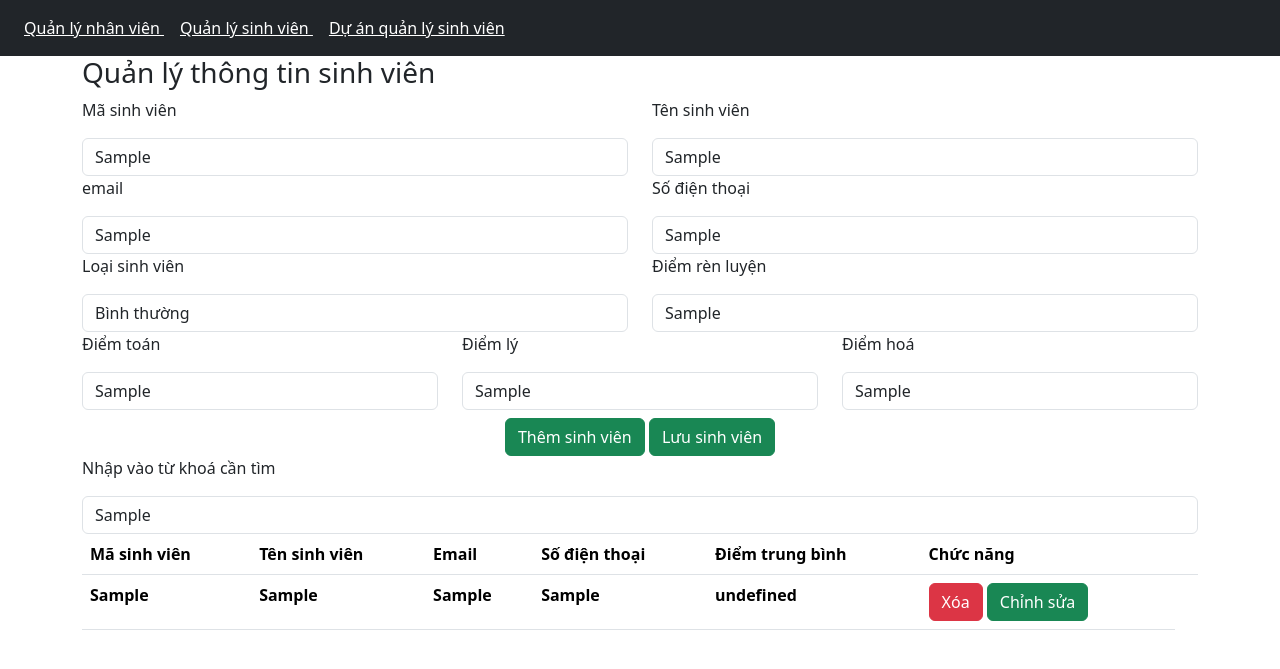
Repository: KhoiNguyen77/JS-Buoi-9--10
Page: duan_qlsv.html
The author's editor kept a copy of each file at every save. The page is drawn from the files as they stood at one save, then again after a run of saves.
The browser window is 1280 px wide. The pictures show the whole page.
Empty fields were first filled with sample values (such as "Sample", 5 or name@example.com).
After loading, the first visible `#frmSinhVien` was submitted once.

Above is the page before, as saved 2023-03-28 14:16:52.

After the next 2 saves:
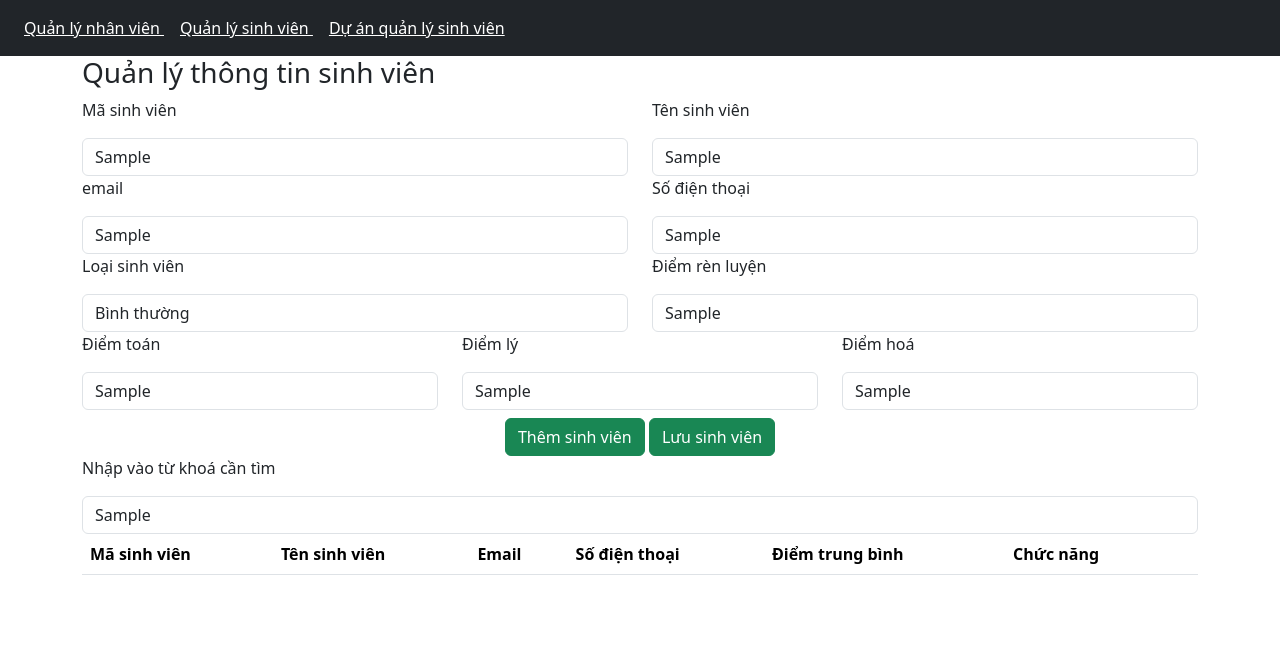
Console error: TypeError: newSinhVien.diemTrungBinh is not a function
The 2 saves are shown as one change because they came seconds apart.
The last was saved 2 min 21 s later.
--- a/controllers/duan_qlsv.js
+++ b/controllers/duan_qlsv.js
@@ -26,8 +26,7 @@
   let newSinhVien = new SinhVien();
   let stringHTML = "";
   array.forEach((sv) => {
-    Object.assign(newSinhVien,sv)
-    console.log(newSinhVien.tinhDiemTrungBinh());
+    Object.assign(newSinhVien, sv);
     stringHTML += `
         <tr>
         <th>${newSinhVien.maSinhVien}</th>
@@ -35,6 +34,7 @@
         <th>${newSinhVien.email}</th>
         <th>${newSinhVien.soDienThoai}</th>
         <th>${newSinhVien.diemTrungBinh}</th>
+        // <th>${newSinhVien.diemTrungBinh()}</th>
         <th>
         <button class="btn btn-danger rounded" onclick="xoaSinhVien(${
           newSinhVien.maSinhVien

After the 4 saves that followed:
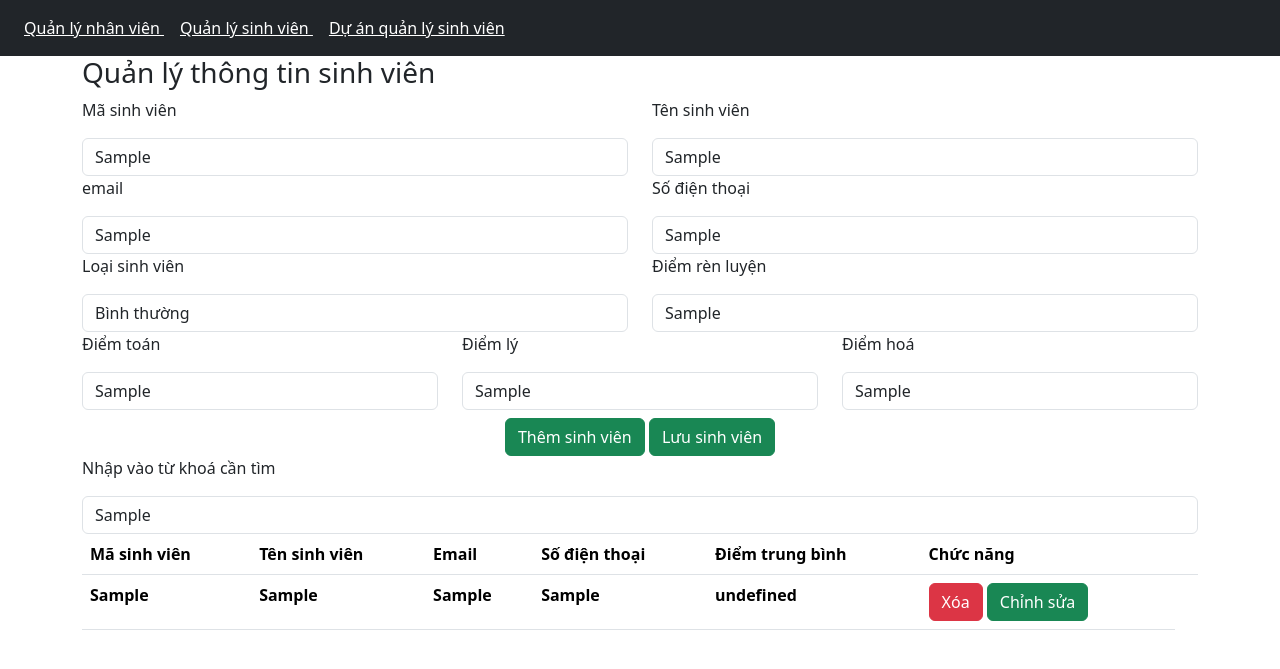
The error is gone.
The 4 saves are shown as one change because 2 left the picture as it was and some came seconds apart.
The last was saved 2 min 30 s later.
--- a/controllers/duan_qlsv.js
+++ b/controllers/duan_qlsv.js
@@ -23,9 +23,9 @@
 
 // function render ra giao diện
 render = (array) => {
-  let newSinhVien = new SinhVien();
   let stringHTML = "";
   array.forEach((sv) => {
+    let newSinhVien = new SinhVien();
     Object.assign(newSinhVien, sv);
     stringHTML += `
         <tr>
@@ -34,7 +34,6 @@
         <th>${newSinhVien.email}</th>
         <th>${newSinhVien.soDienThoai}</th>
         <th>${newSinhVien.diemTrungBinh}</th>
-        // <th>${newSinhVien.diemTrungBinh()}</th>
         <th>
         <button class="btn btn-danger rounded" onclick="xoaSinhVien(${
           newSinhVien.maSinhVien
